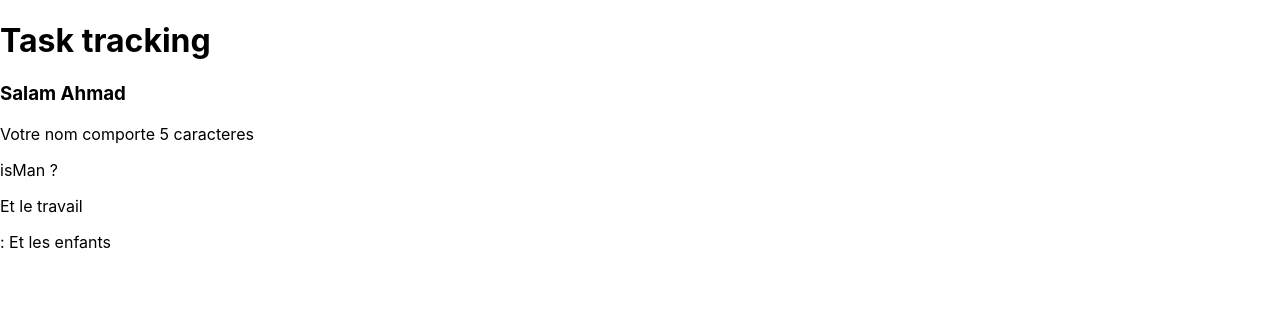
Repository: feyroozecode/task_tracker
Page: /
These files come from the project's save history. The page is drawn as it stood at one moment and after the next save; the edit follows.
The browser window is 1280 px wide. The pictures show the whole page.
The project was rebuilt for these pictures with package versions that can differ from the ones it lists, and the page was loaded fresh each time. Also part of the build but not shown: src/App.css.

Above is the page before, as saved 2023-10-19 12:22:29.

### public/index.html
<!DOCTYPE html>
<html lang="en">
  <head>
    <meta charset="utf-8" />
    <link rel="icon" href="%PUBLIC_URL%/favicon.ico" />
    <meta name="viewport" content="width=device-width, initial-scale=1" />
    <meta name="theme-color" content="#000000" />
    <meta
      name="description"
      content="Web site created using create-react-app"
    />
    <link rel="apple-touch-icon" href="%PUBLIC_URL%/logo192.png" />

    <link rel="manifest" href="%PUBLIC_URL%/manifest.json" />

    <title>React App</title>
  </head>
  <body>
    <noscript>You need to enable JavaScript to run this app.</noscript>

    <div id="root"></div>

  </body>
</html>

### src/App.js
import './App.css';

function App() {
  const userName = 'Ahmad'
  const isMan = true

  return (
    <div className="container">
      <h1>Task tracking </h1>
      <h3>Salam {userName} </h3>

      <p>Votre nom comporte  { userName.length.toString() } caracteres </p>
      isMan ? <p>Et le travail</p> : <>Et les enfants</>
    </div>
  );
}

export default App;

Loaded but not shown: src/index.js (common file); src/index.css (common file)

After the next save:
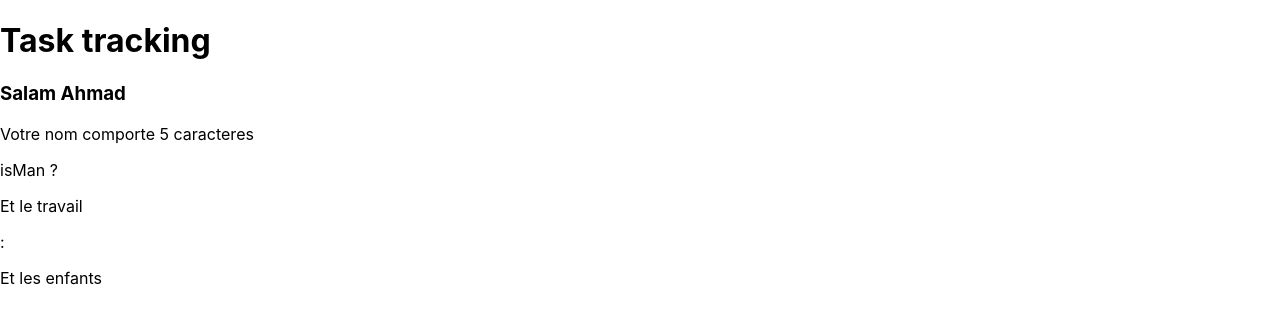
Saved 8 s later.
--- a/src/App.js
+++ b/src/App.js
@@ -10,7 +10,7 @@ function App() {
       <h3>Salam {userName} </h3>
 
       <p>Votre nom comporte  { userName.length.toString() } caracteres </p>
-      isMan ? <p>Et le travail</p> : <>Et les enfants</>
+      isMan ? <p>Et le travail</p> : <p>Et les enfants</p>
     </div>
   );
 }
